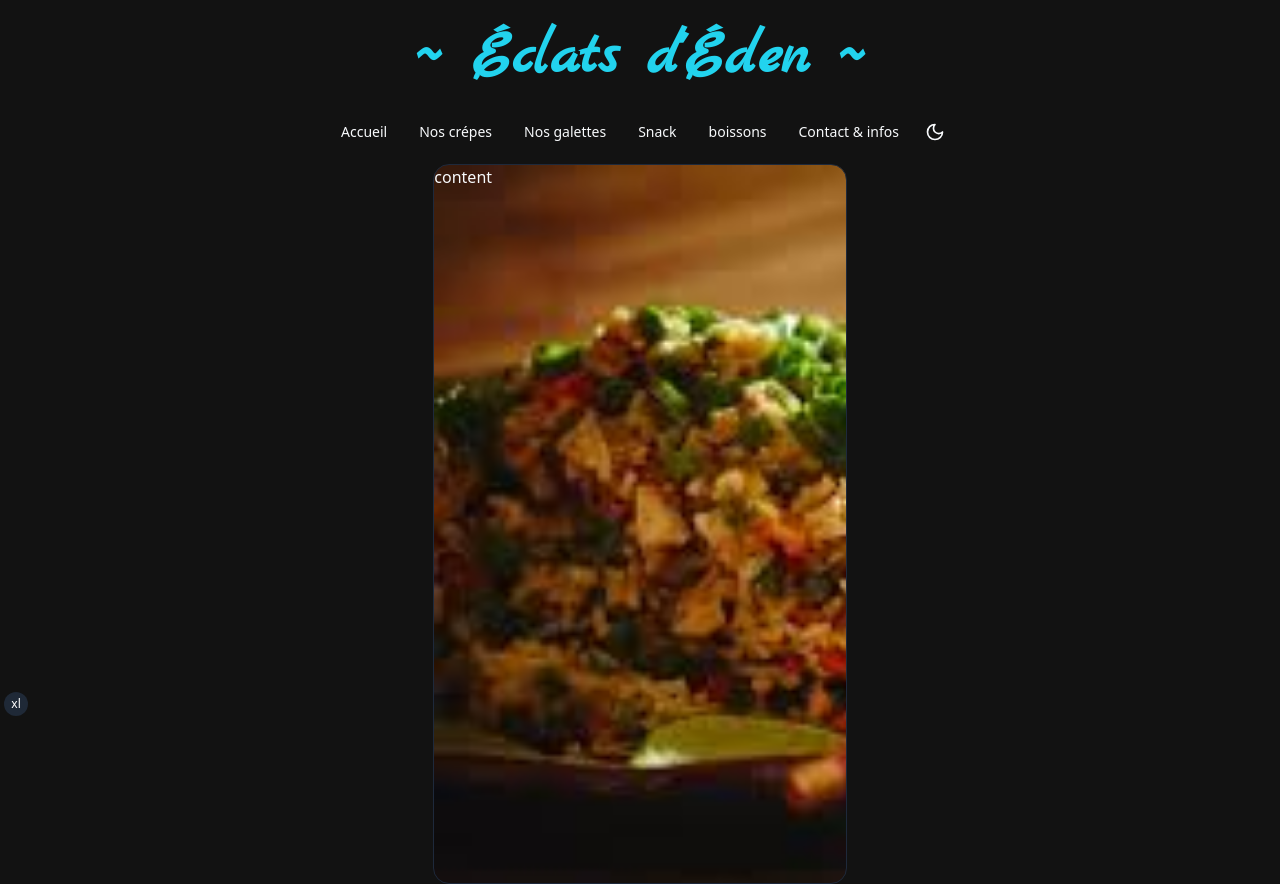
Repository: jeffMauritius/eclats-deden
Page: /schedule
An editor plug-in stored every save of this project. The page is shown before and after the next save, followed by the edit.
The browser window is 1280 px wide. The pictures show the whole page.
The project was rebuilt for these pictures with package versions that can differ from the ones it lists, and the page was loaded fresh each time. The framework's server and built-in components were replaced by stand-ins that run in the browser. Also part of the build but not shown: next.config.mjs.

Above is the page before, as saved 2024-08-13 07:03:25.

### app/layout.tsx
// app/layout.
import { Header } from "@/components/layout/Header"
import { TailwindIndicator } from "@/components/TailwindIndicator"
import { SiteConfig } from "@/lib/config"
import { cn } from "@/lib/utils"
import type { Metadata } from "next"
import { Inter, Marck_Script } from "next/font/google"
import { PropsWithChildren } from "react"
import { Providers } from "./Providers"
import "./globals.css"
import { Title } from "@/components/layout/Title"

const fontSans = Inter({ subsets: ["latin"], variable: "--font-sans" })
const fontDisplay = Marck_Script({
  subsets: ["latin"],
  variable: "--font-display",
  weight: "400",
})

export const metadata: Metadata = {
  title: SiteConfig.title,
  description: SiteConfig.description,
}

export default function RootLayout({ children }: PropsWithChildren) {
  return (
    <html lang="en" className="h-full" suppressHydrationWarning>
      <head />
      <body
        className={cn(
          `flex flex-col h-screen bg-background font-sans antialiased p-5`,
          fontSans.variable,
          fontDisplay.variable,
        )}
      >
        <Providers>
          <div className="relative flex flex-col">
            <Title title="Éclats d'Éden" />
            <div>
              <Header />
            </div>
            {children}
          </div>
          <TailwindIndicator />
        </Providers>
      </body>
    </html>
  )
}

### app/schedule/page.tsx
const SchedulePage = () => {
  return (
    <div>
      <div className="flex justify-center">
        <div className="absolute m-auto h-screen w-1/3 rounded-2xl border bg-[url('/riz.jpeg')] bg-cover ">
          <div className="relative imageUrl={`bg-[url('/riz.jpeg')] bg-cover`}">
            content
          </div>
        </div>
      </div>
    </div>
  )
}

export default SchedulePage

### src/components/layout/Header.tsx
"use client"

import { ThemeToggle } from "../ThemeToggle"
import NavigationMenuComponent from "./NavigationMenu"

export function Header() {
  return (
    <header className=" z-30 w-full">
      <div className=" container flex  flex-col  items-center space-x-4 pt-3 sm:justify-between sm:space-x-0">
        <div className="flex flex-auto justify-center py-3">
          <NavigationMenuComponent />
          <ThemeToggle />
        </div>
      </div>
    </header>
  )
}

### src/lib/config.ts
export const SiteConfig = {
  title: "Camille snack",
  description: "La Cuvette Beach, Grand Baie, Île Maurice",
} as const

### app/Providers.tsx
"use client"

import { SessionProvider } from "next-auth/react"
import { ThemeProvider } from "next-themes"
import { PropsWithChildren } from "react"
import { Toaster } from "react-hot-toast"

export const Providers = ({ children }: PropsWithChildren) => {
  return (
    <>
      <ThemeProvider attribute="class" defaultTheme="dark" enableSystem>
        <Toaster />
        <SessionProvider>{children}</SessionProvider>
      </ThemeProvider>
    </>
  )
}

### app/globals.css
@tailwind base;
  @tailwind components;
  @tailwind utilities;

  @layer base {
    :root {
      --background: 0 0% 100%;
      --foreground: 222.2 84% 4.9%;

      --card: 0 0% 100%;
      --card-foreground: 222.2 84% 4.9%;

      --popover: 0 0% 100%;
      --popover-foreground: 222.2 84% 4.9%;

      --primary: 222.2 47.4% 11.2%;
      --primary-foreground: 210 40% 98%;

      --secondary: 210 40% 96.1%;
      --secondary-foreground: 222.2 47.4% 11.2%;

      --muted: 210 40% 96.1%;
      --muted-foreground: 215.4 16.3% 46.9%;

      --accent: 210 40% 96.1%;
      --accent-foreground: 222.2 47.4% 11.2%;

      --destructive: 0 84.2% 60.2%;
      --destructive-foreground: 210 40% 98%;

      --border: 214.3 31.8% 91.4%;
      --input: 214.3 31.8% 91.4%;
      --ring: 222.2 84% 4.9%;

      --radius: 0.5rem;
    }

    .dark {
      --background: rgb(10, 11, 10);
      --foreground: 210 40% 98%;

      --card: rgb(10, 11, 10);
      --card-foreground: 210 40% 98%;

      --popover: 222.2 84% 4.9%;
      --popover-foreground: 210 40% 98%;

      --primary: 210 40% 98%;
      --primary-foreground: 222.2 47.4% 11.2%;

      --secondary: 217.2 32.6% 17.5%;
      --secondary-foreground: 210 40% 98%;

      --muted: 217.2 32.6% 17.5%;
      --muted-foreground: 215 20.2% 65.1%;

      --accent: 217.2 32.6% 17.5%;
      --accent-foreground: 210 40% 98%;

      --destructive: 0 62.8% 30.6%;
      --destructive-foreground: 210 40% 98%;

      --border: 217.2 32.6% 17.5%;
      --input: 217.2 32.6% 17.5%;
      --ring: 212.7 26.8% 83.9%;
    }
  }

  @layer base {
    * {
      @apply border-border;
    }
    @font-face {
      font-family: 'Marck Script';
      font-style: normal;
      font-weight: 400;
      font-display: swap;
      src: url(/fonts/MarckScript-Regular.ttf) format('ttf');
    }
    body {
      @apply bg-background text-foreground;
    }
  }

### src/components/layout/Title.tsx
interface TitleProps {
  title: string
}

export function Title({ title }: TitleProps) {
  return (
    <div className="flex flex-auto justify-center ">
      <h1
        className={`pt-2 font-display text-4xl font-bold text-cyan-400 md:text-6xl`}
      >
        {" "}
        {`~ ${title} ~`}
      </h1>
    </div>
  )
}

### src/components/ThemeToggle.tsx
"use client"

import { Button } from "@/components/ui/button"
import { Moon, Sun } from "lucide-react"
import { useTheme } from "next-themes"

export function ThemeToggle() {
  const { setTheme, theme } = useTheme()

  return (
    <Button
      variant="ghost"
      size="icon"
      onClick={() => setTheme(theme === "light" ? "dark" : "light")}
    >
      <Sun className="h-6 w-[1.3rem] dark:hidden" />
      <Moon className="hidden size-5 dark:block" />
      <span className="sr-only">Toggle theme</span>
    </Button>
  )
}

### src/components/layout/NavigationMenu.tsx
"use client"

import {
  NavigationMenu,
  NavigationMenuLink,
  navigationMenuTriggerStyle,
} from "@/components/ui/navigation-menu"
import { navigationData } from "./navigationData"
import { useClientMediaQuery } from "@/lib/isMobileDevice"

const NavigationMenuComponent = () => {
  const isMobile = useClientMediaQuery("(max-width: 600px)")
  return (
    <NavigationMenu>
      {!isMobile &&
        navigationData.map((item, index) => (
          <NavigationMenuLink
            className={navigationMenuTriggerStyle()}
            key={index}
            href={item.link}
          >
            {item.title}
          </NavigationMenuLink>
        ))}
    </NavigationMenu>
  )
}

export default NavigationMenuComponent

### src/components/ui/button.tsx
import * as React from "react"
import { Slot } from "@radix-ui/react-slot"
import { cva, type VariantProps } from "class-variance-authority"

import { cn } from "@/lib/utils"

const buttonVariants = cva(
  "inline-flex items-center justify-center whitespace-nowrap rounded-md text-sm font-medium ring-offset-background transition-colors focus-visible:outline-none focus-visible:ring-2 focus-visible:ring-ring focus-visible:ring-offset-2 disabled:pointer-events-none disabled:opacity-50",
  {
    variants: {
      variant: {
        default: "bg-primary text-primary-foreground hover:bg-primary/90",
        destructive:
          "bg-destructive text-destructive-foreground hover:bg-destructive/90",
        outline:
          "border border-input bg-background hover:bg-accent hover:text-accent-foreground",
        secondary:
          "bg-secondary text-secondary-foreground hover:bg-secondary/80",
        ghost: "hover:bg-accent hover:text-accent-foreground",
        link: "text-primary underline-offset-4 hover:underline",
      },
      size: {
        default: "h-10 px-4 py-2",
        sm: "h-9 rounded-md px-3",
        lg: "h-11 rounded-md px-8",
        icon: "size-10",
      },
    },
    defaultVariants: {
      variant: "default",
      size: "default",
    },
  },
)

export interface ButtonProps
  extends React.ButtonHTMLAttributes<HTMLButtonElement>,
    VariantProps<typeof buttonVariants> {
  asChild?: boolean
}

const Button = React.forwardRef<HTMLButtonElement, ButtonProps>(
  ({ className, variant, size, asChild = false, ...props }, ref) => {
    const Comp = asChild ? Slot : "button"
    return (
      <Comp
        className={cn(buttonVariants({ variant, size, className }))}
        ref={ref}
        {...props}
      />
    )
  },
)
Button.displayName = "Button"

export { Button, buttonVariants }

### src/components/ui/navigation-menu.tsx
import * as React from "react"
import * as NavigationMenuPrimitive from "@radix-ui/react-navigation-menu"
import { cva } from "class-variance-authority"
import { ChevronDown } from "lucide-react"

import { cn } from "@/lib/utils"

const NavigationMenu = React.forwardRef<
  React.ElementRef<typeof NavigationMenuPrimitive.Root>,
  React.ComponentPropsWithoutRef<typeof NavigationMenuPrimitive.Root>
>(({ className, children, ...props }, ref) => (
  <NavigationMenuPrimitive.Root
    ref={ref}
    className={cn(
      "relative z-10 flex max-w-max flex-1 items-center justify-center",
      className,
    )}
    {...props}
  >
    {children}
    <NavigationMenuViewport />
  </NavigationMenuPrimitive.Root>
))
NavigationMenu.displayName = NavigationMenuPrimitive.Root.displayName

const NavigationMenuList = React.forwardRef<
  React.ElementRef<typeof NavigationMenuPrimitive.List>,
  React.ComponentPropsWithoutRef<typeof NavigationMenuPrimitive.List>
>(({ className, ...props }, ref) => (
  <NavigationMenuPrimitive.List
    ref={ref}
    className={cn(
      "group flex flex-1 list-none items-center justify-center space-x-1",
      className,
    )}
    {...props}
  />
))
NavigationMenuList.displayName = NavigationMenuPrimitive.List.displayName

const NavigationMenuItem = NavigationMenuPrimitive.Item

const navigationMenuTriggerStyle = cva(
  "group inline-flex h-10 w-max items-center justify-center rounded-md bg-background px-4 py-2 text-sm font-medium transition-colors hover:bg-accent hover:text-accent-foreground focus:bg-accent focus:text-accent-foreground focus:outline-none disabled:pointer-events-none disabled:opacity-50 data-[active]:bg-accent/50 data-[state=open]:bg-accent/50",
)

const NavigationMenuTrigger = React.forwardRef<
  React.ElementRef<typeof NavigationMenuPrimitive.Trigger>,
  React.ComponentPropsWithoutRef<typeof NavigationMenuPrimitive.Trigger>
>(({ className, children, ...props }, ref) => (
  <NavigationMenuPrimitive.Trigger
    ref={ref}
    className={cn(navigationMenuTriggerStyle(), "group", className)}
    {...props}
  >
    {children}{" "}
    <ChevronDown
      className="relative top-px ml-1 size-3 transition duration-200 group-data-[state=open]:rotate-180"
      aria-hidden="true"
    />
  </NavigationMenuPrimitive.Trigger>
))
NavigationMenuTrigger.displayName = NavigationMenuPrimitive.Trigger.displayName

const NavigationMenuContent = React.forwardRef<
  React.ElementRef<typeof NavigationMenuPrimitive.Content>,
  React.ComponentPropsWithoutRef<typeof NavigationMenuPrimitive.Content>
>(({ className, ...props }, ref) => (
  <NavigationMenuPrimitive.Content
    ref={ref}
    className={cn(
      "left-0 top-0 w-full data-[motion^=from-]:animate-in data-[motion^=to-]:animate-out data-[motion^=from-]:fade-in data-[motion^=to-]:fade-out data-[motion=from-end]:slide-in-from-right-52 data-[motion=from-start]:slide-in-from-left-52 data-[motion=to-end]:slide-out-to-right-52 data-[motion=to-start]:slide-out-to-left-52 md:absolute md:w-auto ",
      className,
    )}
    {...props}
  />
))
NavigationMenuContent.displayName = NavigationMenuPrimitive.Content.displayName

const NavigationMenuLink = NavigationMenuPrimitive.Link

const NavigationMenuViewport = React.forwardRef<
  React.ElementRef<typeof NavigationMenuPrimitive.Viewport>,
  React.ComponentPropsWithoutRef<typeof NavigationMenuPrimitive.Viewport>
>(({ className, ...props }, ref) => (
  <div className={cn("absolute left-0 top-full flex justify-center")}>
    <NavigationMenuPrimitive.Viewport
      className={cn(
        "origin-top-center relative mt-1.5 h-[var(--radix-navigation-menu-viewport-height)] w-full overflow-hidden rounded-md border bg-popover text-popover-foreground shadow-lg data-[state=open]:animate-in data-[state=closed]:animate-out data-[state=closed]:zoom-out-95 data-[state=open]:zoom-in-90 md:w-[var(--radix-navigation-menu-viewport-width)]",
        className,
      )}
      ref={ref}
      {...props}
    />
  </div>
))
NavigationMenuViewport.displayName =
  NavigationMenuPrimitive.Viewport.displayName

const NavigationMenuIndicator = React.forwardRef<
  React.ElementRef<typeof NavigationMenuPrimitive.Indicator>,
  React.ComponentPropsWithoutRef<typeof NavigationMenuPrimitive.Indicator>
>(({ className, ...props }, ref) => (
  <NavigationMenuPrimitive.Indicator
    ref={ref}
    className={cn(
      "top-full z-[1] flex h-1.5 items-end justify-center overflow-hidden data-[state=visible]:animate-in data-[state=hidden]:animate-out data-[state=hidden]:fade-out data-[state=visible]:fade-in",
      className,
    )}
    {...props}
  >
    <div className="relative top-[60%] size-2 rotate-45 rounded-tl-sm bg-border shadow-md" />
  </NavigationMenuPrimitive.Indicator>
))
NavigationMenuIndicator.displayName =
  NavigationMenuPrimitive.Indicator.displayName

export {
  navigationMenuTriggerStyle,
  NavigationMenu,
  NavigationMenuList,
  NavigationMenuItem,
  NavigationMenuContent,
  NavigationMenuTrigger,
  NavigationMenuLink,
  NavigationMenuIndicator,
  NavigationMenuViewport,
}

### src/components/layout/navigationData.ts
export const navigationData = [
    {
        title: "Accueil",
        link: "/",
    },
    {
        title: "Nos crépes",
        link: "/crepes",
    },
    {
        title: "Nos galettes",
        link: "/galettes",
    },
    {
        title: "Snack",
        link: "/snack",
    },
    {
        title: "boissons",
        link: "/boissons",
    },
    {
        title: "Contact & infos",
        link: "/location",
    },

]

export const navigationDataMobile = [
    {
        title: "Accueil",
        link: "/",
    },
    {
        title: "Horaires d'ouverture",
        link: "/schedule",
    },
    {
        title: "Contact & infos",
        link: "/location",
    },

]

### src/lib/isMobileDevice.ts
'use client'

import { useEffect, useState } from 'react'

export function useClientMediaQuery(query: string) {
  const [matches, setMatches] = useState(false)

  useEffect(() => {
    const mediaQueryList = window.matchMedia(query)

    const handleMatchChange = (e: MediaQueryListEvent) => {
      setMatches(e.matches)
    }

    mediaQueryList.addEventListener('change', handleMatchChange)
    setMatches(mediaQueryList.matches)

    return () => {
      mediaQueryList.removeEventListener('change', handleMatchChange)
    }
  }, [query])

  return matches
}

### tailwind.config.ts
import type { Config } from "tailwindcss"

const config = {
  darkMode: ["class"],
  content: [
    "./pages/**/*.{ts,tsx}",
    "./components/**/*.{ts,tsx}",
    "./app/**/*.{ts,tsx}",
    "./src/**/*.{ts,tsx}",
  ],
  prefix: "",
  theme: {
    container: {
      center: true,
      padding: "2rem",
      screens: {
        "2xl": "1400px",
      },
    },
    fontFamily: {
      'display': ['"Marck Script"', 'cursive'],
      'body': ['"Open Sans"', 'sans-serif'],
    },
    extend: {
      colors: {
        border: "hsl(var(--border))",
        input: "hsl(var(--input))",
        ring: "hsl(var(--ring))",
        background: "hsl(var(--background))",
        foreground: "hsl(var(--foreground))",
        primary: {
          DEFAULT: "hsl(var(--primary))",
          foreground: "hsl(var(--primary-foreground))",
        },
        secondary: {
          DEFAULT: "hsl(var(--secondary))",
          foreground: "hsl(var(--secondary-foreground))",
        },
        destructive: {
          DEFAULT: "hsl(var(--destructive))",
          foreground: "hsl(var(--destructive-foreground))",
        },
        muted: {
          DEFAULT: "hsl(var(--muted))",
          foreground: "hsl(var(--muted-foreground))",
        },
        accent: {
          DEFAULT: "hsl(var(--accent))",
          foreground: "hsl(var(--accent-foreground))",
        },
        popover: {
          DEFAULT: "hsl(var(--popover))",
          foreground: "hsl(var(--popover-foreground))",
        },
        card: {
          DEFAULT: "hsl(var(--card))",
          foreground: "hsl(var(--card-foreground))",
        },
      },
      borderRadius: {
        lg: "var(--radius)",
        md: "calc(var(--radius) - 2px)",
        sm: "calc(var(--radius) - 4px)",
      },
      keyframes: {
        "accordion-down": {
          from: { height: "0" },
          to: { height: "var(--radix-accordion-content-height)" },
        },
        "accordion-up": {
          from: { height: "var(--radix-accordion-content-height)" },
          to: { height: "0" },
        },
      },
      animation: {
        "accordion-down": "accordion-down 0.2s ease-out",
        "accordion-up": "accordion-up 0.2s ease-out",
      },
    },
  },
  plugins: [require("tailwindcss-animate")],
} satisfies Config

export default config

Loaded but not shown: src/components/TailwindIndicator.tsx (common file); src/lib/utils.ts (common file)

After the next save:
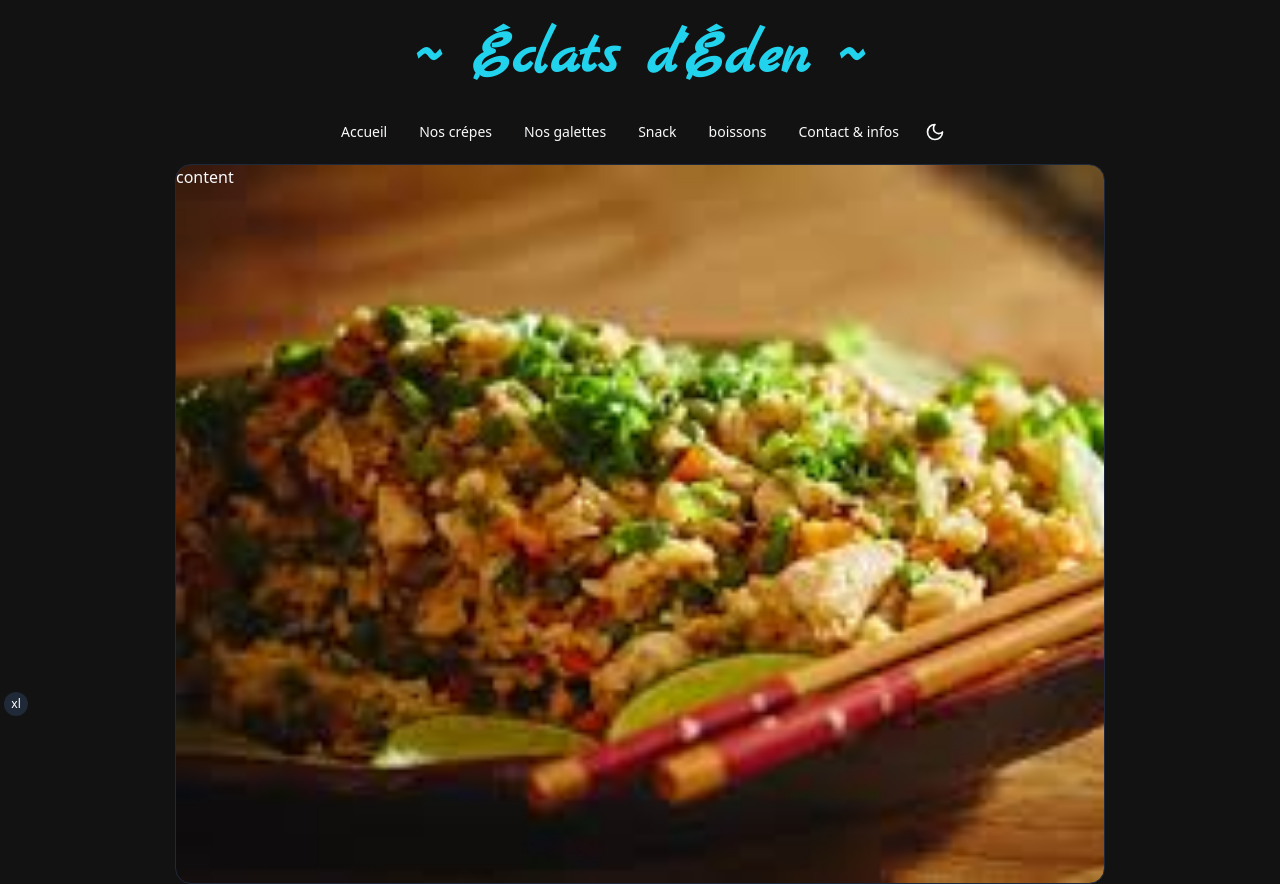
Saved 34 s later.
--- a/app/schedule/page.tsx
+++ b/app/schedule/page.tsx
@@ -2,7 +2,7 @@ const SchedulePage = () => {
   return (
     <div>
       <div className="flex justify-center">
-        <div className="absolute m-auto h-screen w-1/3 rounded-2xl border bg-[url('/riz.jpeg')] bg-cover ">
+        <div className="absolute m-auto h-screen w-3/4 rounded-2xl border bg-[url('/riz.jpeg')] bg-cover ">
           <div className="relative imageUrl={`bg-[url('/riz.jpeg')] bg-cover`}">
             content
           </div>
